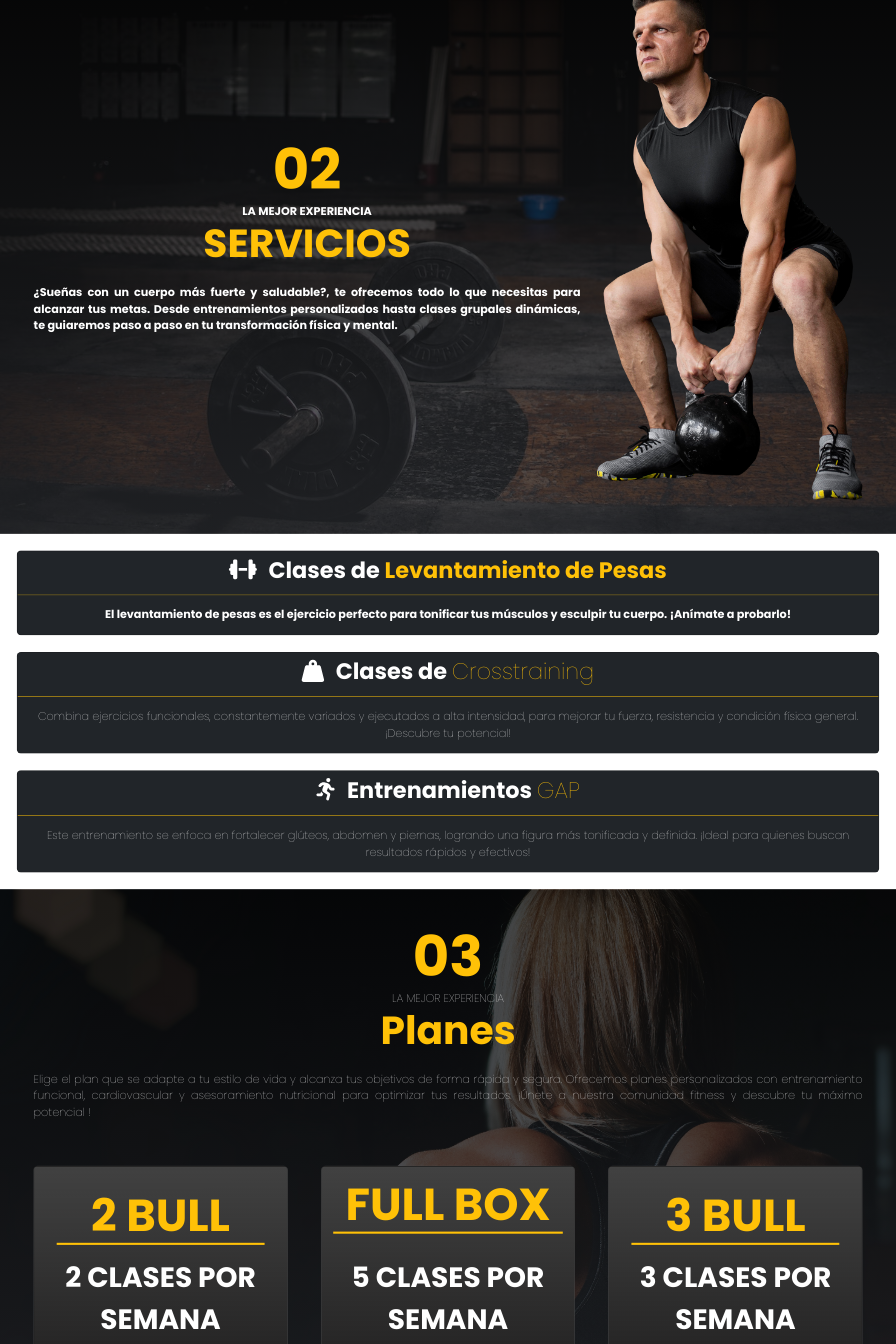
Repository: enjeru13/BullBox
Page: / (app in BullBox/)
The author's editor kept a copy of each file at every save. The page is drawn from the files as they stood at one save, then again after the next save.
The browser window is 1280 px wide. The pictures show the part of the page from y = 1819 to 3739 px (the page is 4177 px tall), at 70% of full size.
The project was rebuilt for these pictures with package versions that can differ from the ones it lists, and the page was loaded fresh each time. Also part of the build but not shown: BullBox/vite.config.js, BullBox/src/pages/Registro.jsx, BullBox/src/pages/Login.jsx, BullBox/src/pages/Perfil.jsx, BullBox/src/pages/Tienda.jsx, BullBox/ProtectedRoute.jsx.

Above is the page before, as saved 2024-10-28 12:21:01.

### BullBox/index.html
<!doctype html>
<html lang="en">
  <head>
    <meta charset="UTF-8" />
    <link rel="icon" type="image/svg+xml" href="/vite.svg" />
    <link rel="preconnect" href="https://fonts.googleapis.com">
<link rel="preconnect" href="https://fonts.gstatic.com" crossorigin>
<link href="https://fonts.googleapis.com/css2?family=Poppins:ital,wght@0,100;0,200;0,300;0,400;0,500;0,600;0,700;0,800;0,900;1,100;1,200;1,300;1,400;1,500;1,600;1,700;1,800;1,900&family=Raleway:ital,wght@0,100;0,200;0,300;0,400;0,500;0,600;0,700;0,800;0,900;1,100;1,200;1,300;1,400;1,500;1,600;1,700;1,800;1,900&display=swap" rel="stylesheet">
    <meta name="viewport" content="width=device-width, initial-scale=1.0" />
    <title>Bull Box</title>
  </head>
  <body>
    <div id="root"></div>
    <script type="module" src="/src/main.jsx"></script>
    <script
    src="https://cdn.jsdelivr.net/npm/bootstrap@5.0.2/dist/js/bootstrap.bundle.min.js"
    integrity="sha384-MrcW6ZMFYlzcLA8Nl+NtUVF0sA7MsXsP1UyJoMp4YLEuNSfAP+JcXn/tWtIaxVXM"
    crossorigin="anonymous"
  ></script>
</html>

### BullBox/src/App.jsx
import { BrowserRouter, Routes, Route } from 'react-router-dom'
import { AuthProvider } from './context/AuthContext'
import Header from './components/Header'
import Inicio from './pages/Inicio'
import Registro from './pages/Registro'
import Login from './pages/Login'
import Perfil from './pages/Perfil'
import Tienda from './pages/Tienda'
import ProtectedRoute from '../ProtectedRoute'
import Footer from './components/Footer'

function App() {
  return (
    <AuthProvider>
      <BrowserRouter>
        <Header/>
        <Routes>
          <Route path='/' element={<Inicio />} />

          <Route path='/register' element={<Registro />} />

          <Route path='/login' element={<Login />} />

          <Route path='/tienda' element={<Tienda />} />

          <Route element={<ProtectedRoute/>}>
            <Route path='/profile' element={<Perfil />} />
          </Route>

        </Routes>
        <Footer/>
      </BrowserRouter>
    </AuthProvider>
  )
}

export default App

### BullBox/src/index.css
* {
 margin: 0;
 padding: 0;
 font-family: "Poppins", serif;
 font-optical-sizing: auto;
 font-weight: 100;
 font-style: normal;
}

/* Inicio */

.bg-image {
  background: linear-gradient(rgba(0, 0, 0, 0.717), rgba(36, 38, 42, 0.745)), url("/img/fondo.jpg");
  height: 100vh; /* 100vh = 100% de la altura de la viewport */
  width: 100vw; /* 100vw = 100% del ancho de la viewport */
  background-size: cover; /* Hace que la imagen cubra todo el espacio disponible */
  background-position: center; /* Centra la imagen */
  background-repeat: no-repeat; /* Evita que la imagen se repita */
  justify-content: center;
  align-items: center;
  display: flex;
}

/* Nosotros */

.bg {
  background-color: #dde1e9;
}

.justified-text {
  text-align: justify;
}

/* Servicios */

.bg-image-servicios {
  background: linear-gradient(rgba(0, 0, 0, 0.717), rgba(36, 38, 42, 0.745)), url("/img/fondo-servicios.jpg");
  background-size: cover; /* Hace que la imagen cubra todo el espacio disponible */
  background-position: center; /* Centra la imagen */
  background-repeat: no-repeat; /* Evita que la imagen se repita */
}

/* Planes */

.bg-image-planes {
  background: linear-gradient(rgba(0, 0, 0, 0.717), rgba(36, 38, 42, 0.745)), url("/img/fondo-planes1.jpg");
  background-size: cover; /* Hace que la imagen cubra todo el espacio disponible */
  background-position: center; /* Centra la imagen */
  background-repeat: no-repeat; /* Evita que la imagen se repita */
}

.bg-card {
  background: linear-gradient(rgba(0, 0, 0, 0.745), rgb(18, 17, 17));
}

### BullBox/src/context/AuthContext.jsx
import { createContext, useContext, useState, useEffect } from 'react'
import { registerRequest, loginRequest, verifyTokenRequest } from '../api/auth'
import Cookies from 'js-cookie'

const AuthContext = createContext();

// eslint-disable-next-line react-refresh/only-export-components
export const useAuth = () => {
    const context = useContext(AuthContext)
    if (!context) {
        throw new Error('useAuth deberia estar dentro del Provider')
    }
    return context
}

// eslint-disable-next-line react/prop-types
export const AuthProvider = ({ children }) => {

    const [user, setUser] = useState(null)
    const [isAuthenticated, setIsAuthenticated] = useState(false)
    const [errors, setErrors] = useState([])
    const [loading, setLoading] = useState(true)

    const signUp = async (user) => {
        try {
            const res = await registerRequest(user)
            console.log(res.data)
            setUser(res.data)
            setIsAuthenticated(true)
        } catch (error) {
            console.log(error.response)
            setErrors(error.response.data)
        }
    }

    const signIn = async (user) => {
        try {
            const res = await loginRequest(user)
            console.log(res.data)
            setUser(res.data)
            setIsAuthenticated(true)
        } catch (error) {
            if (Array.isArray(error.response.data)) {
                return setErrors(error.response.data)
            }
            setErrors([error.response.data.message])
        }
    }

    const logOut = () => {
        Cookies.remove('token')
        setIsAuthenticated(false)
        setUser(null)
    }

    // timer de las alertas de errores

    useEffect(() => {
        if (errors.length > 0) {
            const timer = setTimeout(() => {
                setErrors([])
            }, 3000);
            return () => clearTimeout(timer)
        }
    }, [errors])

    useEffect(() => {
        async function checkLogin() {
            const cookies = Cookies.get()

            if (!cookies.token) {
                setIsAuthenticated(false)
                setLoading(false)
                return setUser(null)
            }
            try {
                const res = await verifyTokenRequest(cookies.token)
                if (!res.data) {
                    setIsAuthenticated(false)
                    setLoading(false)
                    return
                }

                setIsAuthenticated(true)
                setUser(res.data)
                setLoading(false)

            } catch (error) {
                console.log(error)
                setIsAuthenticated(false)
                setUser(null)
                setLoading(false)
            }
        }
        checkLogin()
    }, [])

    return (
        <AuthContext.Provider value={{
            signUp,
            signIn,
            logOut,
            loading,
            user,
            isAuthenticated,
            errors,
        }}>
            {children}
        </AuthContext.Provider>
    )
}

export default AuthContext

### BullBox/src/components/Header.jsx
import { Link } from "react-router-dom"
import { useAuth } from '../context/AuthContext'

function Header() {

    const { isAuthenticated, logOut, user } = useAuth()

    return (
        <>
            <nav className="navbar navbar-expand-lg bg-dark border-bottom border-warning p-4 sticky-top">
                <div className="container-fluid">
                    <a className="navbar-brand text-white fs-1 " href='#'>BULL <span className="text-warning">BOX</span></a>
                    <button className="navbar-toggler border-2 border-warning" type="button" data-bs-toggle="collapse" data-bs-target="#navbarNav" aria-controls="navbarNav" aria-expanded="false" aria-label="Toggle navigation">
                        <span className="navbar-toggler-icon"></span>
                    </button>
                    <div className="collapse navbar-collapse " id="navbarNav">
                        <ul className="navbar-nav ms-auto justify-content-center align-items-center">
                            <li className="nav-item">
                                <Link className="nav-link text-white fs-4 active mx-3" aria-current="page" to="/">Inicio</Link>
                            </li>
                            <li className="nav-item">
                                <Link className="nav-link text-white fs-4 mx-3" to="/tienda">Tienda</Link>
                            </li>
                            {isAuthenticated ? (
                                <>
                                    <li className="nav-item">
                                        <Link className="nav-link text-white fs-4 mx-3" to='/profile'>Tu perfil {user.username} </Link>
                                    </li>
                                    <li className="nav-item ">
                                        <Link className="nav-link text-white fs-4 mx-3" to='/' onClick={() => {
                                            logOut()
                                        }}>Cerrar Sesión</Link>
                                    </li>
                                </>
                            ) : (
                                <>
                                    <li className="nav-item">
                                        <Link className="nav-link text-white fs-4 mx-3" to="/login">Inicia Sesión</Link>
                                    </li>
                                </>)}
                        </ul>
                    </div >
                </div >
            </nav >
        </>
    )
}

export default Header

### BullBox/src/pages/Inicio.jsx
import { FontAwesomeIcon } from '@fortawesome/react-fontawesome';
import { faLocationPin, faDumbbell, faPersonRunning, faWeightHanging } from '@fortawesome/free-solid-svg-icons';
import nosotros from '/img/nosotros.png'
import servicios from '/img/servicios.png'
import QRvzla from '/img/QRvzla.jpg'
import Mapa from '../components/Mapa'

function Inicio() {
    return (
        <>
            {/* Inicio */}

            <section className="bg-image text-center text-white fw-bold">
                <div className=''>
                    <h2 className='fw-bold display-4'>HAZ QUE <span className='text-warning'>OCURRA</span></h2>
                    <h5 className=''>Triunfar es mas facil de lo que piensas !</h5>
                    <hr className='text-warning' />
                    <h2 className='fw-bold display-4'>ENTRENA <span className='text-warning'>GRATIS HOY ! </span> </h2>
                    <h5 className=''>Primera Clase Gratis !</h5>
                </div>
            </section>

            {/* Nosotros */}

            <section className='container fw-bold p-5'>
                <div className='row justify-content-center align-items-center'>
                    <div className='col-md-4'>
                        <img className='img-fluid' src={nosotros} />
                    </div>
                    <div className='col-md-8 my-4 text-center'>
                        <div className='text-warning fw-bold display-1'>
                            01
                        </div>
                        <span className='fw-bold'>LA MEJOR EXPERIENCIA</span>
                        <h1 className='text-warning fw-bold display-4'>NOSOTROS</h1>
                        <p className='justified-text pt-3 fw-bold'> Creemos en el poder del movimiento y en el potencial ilimitado de cada persona. Nuestro equipo de expertos te guiará en cada paso del camino, diseñando planes de entrenamiento personalizados para ayudarte a alcanzar tus metas. </p>
                    </div>
                </div>
                <div >
                    <h1 className='text-center pt-3 pb-3 text-warning fw-bold'>Nuestra ubicacion</h1>
                    <Mapa />
                </div>
                <div>
                    <h3 className='text-center pt-4 fw-bold'> <FontAwesomeIcon className='text-warning me-2' icon={faLocationPin} />Barrio Obrero Calle 15 entre Carreras 21 y 22</h3>
                </div>
            </section>

            {/* Servicios */}

            <section className='bg-image-servicios fw-bold p-5 text-center text-white'>
                <div className='row justify-content-center align-items-center'>
                    <div className='col-md-8 my-4 text-center'>
                        <div className='text-warning fw-bold display-1'>
                            02
                        </div>
                        <span className='fw-bold'>LA MEJOR EXPERIENCIA</span>
                        <h2 className='text-warning fw-bold display-4'>SERVICIOS</h2>
                        <p className='justified-text pt-3 fw-bold'> ¿Sueñas con un cuerpo más fuerte y saludable?, te ofrecemos todo lo que necesitas para alcanzar tus metas. Desde entrenamientos personalizados hasta clases grupales dinámicas, te guiaremos paso a paso en tu transformación física y mental. </p>
                    </div>
                    <div className='col-md-4'>
                        <img className='img-fluid' src={servicios} />
                    </div>
                </div>
            </section>

            <div className="card text-center m-4 fw-bold bg-dark text-white">
                <div className="card-header border-warning">
                    <h2 className="text-center fw-bold"><i className='me-3'><FontAwesomeIcon icon={faDumbbell} /></i>Clases de <span className='text-warning fw-bold'>Levantamiento de Pesas</span></h2>
                </div>
                <div className="card-body">
                    <p className="card-text text-center fw-bold">El levantamiento de pesas es el ejercicio perfecto para tonificar tus músculos y esculpir tu cuerpo. ¡Anímate a probarlo!</p>
                </div>
            </div>

            <div className="card text-center m-4 fw-bold bg-dark text-white">
                <div className="card-header border-warning">
                    <h2 className=" fw-bold card-title text-center"><i className='me-3'><FontAwesomeIcon icon={faWeightHanging} /></i>Clases de <span className='text-warning'>Crosstraining</span></h2>
                </div>
                <div className="card-body">
                    <p className="card-text text-center">Combina ejercicios funcionales, constantemente variados y ejecutados a alta intensidad, para mejorar tu fuerza, resistencia y condición física general. ¡Descubre tu potencial!</p>
                </div>
            </div>

            <div className="card text-center m-4 fw-bold bg-dark text-white">
                <div className="card-header border-warning">
                    <h2 className=" fw-bold card-title text-center"><i className='me-3'><FontAwesomeIcon icon={faPersonRunning} /></i>Entrenamientos <span className='text-warning'>GAP</span></h2>
                </div>
                <div className="card-body">
                    <p className="card-text text-center ">Este entrenamiento se enfoca en fortalecer glúteos, abdomen y piernas, logrando una figura más tonificada y definida. ¡Ideal para quienes buscan resultados rápidos y efectivos!</p>
                </div>
            </div>

            {/* Planes */}

            <section className='bg-image-planes fw-bold p-5 text-center text-white'>
                <div className=''>
                    <div className='text-warning fw-bold display-1'>
                        03
                    </div>
                    <span>LA MEJOR EXPERIENCIA</span>
                    <h2 className='text-warning fw-bold display-4'>Planes</h2>
                </div>
                <p className='justified-text pt-3'>Elige el plan que se adapte a tu estilo de vida y alcanza tus objetivos de forma rápida y segura. Ofrecemos planes personalizados con entrenamiento funcional, cardiovascular y asesoramiento nutricional para optimizar tus resultados. ¡Únete a nuestra comunidad fitness y descubre tu máximo potencial ! </p>
                <div className="row row-cols-1 row-cols-md-3 g-5 pt-5">
                    <div className="col">
                        <div className="bg-card card h-100">
                            <div className="card-body">
                                <h5 className="card-title text-center text-warning display-3 fw-bold m-3 border-bottom border-3 border-warning">2 BULL</h5>
                                <p className="card-text text-center text-white fs-1 fw-bold">2 CLASES POR SEMANA</p>
                                <br />
                                <p className='text-center fs-1 text-warning fw-bold'>12$</p>
                                <p className='text-center text-white fs-1 fw-bold'>MENSUAL</p>
                            </div>
                        </div>
                    </div>
                    <div className="col">
                        <div className="bg-card card h-100">
                            <div className="card-body">
                                <h5 className="card-title text-center text-warning display-3 fw-bold border-bottom border-3 border-warning">FULL BOX</h5>
                                <br />
                                <p className="card-text text-center text-white fs-1 fw-bold ">5 CLASES POR SEMANA</p>
                                <br />
                                <p className='text-center fs-1 text-warning fw-bold'>20$</p>
                                <p className='text-center text-white fs-1 fw-bold'>MENSUAL</p>
                            </div>
                        </div>
                    </div>
                    <div className="col">
                        <div className="bg-card card h-100">
                            <div className="card-body">
                                <h5 className="card-title text-center text-warning display-3 fw-bold m-3 border-bottom border-3 border-warning">3 BULL</h5>
                                <p className="card-text text-center text-white fs-1 fw-bold">3 CLASES POR SEMANA</p>
                                <br />
                                <p className='text-center fs-1 text-warning fw-bold'>15$</p>
                                <p className='text-center text-white fs-1 fw-bold'>MENSUAL</p>
                            </div>
                        </div>
                    </div>
                    <div className='container-fluid h-100 d-flex flex-column justify-content-center align-items-center pt-5'>
                        <button type="button" className="btn btn-warning fw-bold fs-4" data-bs-toggle="modal" data-bs-target="#staticBackdrop">
                            Metodos de Pago
                        </button>
                    </div>
                    <div className="modal fade" id="staticBackdrop" data-bs-backdrop="static" data-bs-keyboard="false" tabIndex="-1" aria-labelledby="staticBackdropLabel" aria-hidden="true">
                        <div className="modal-dialog">
                            <div className="modal-content bg-dark">
                                <div className="modal-header">
                                    <h1 className="modal-title text-warning fs-4" id="staticBackdropLabel">Métodos de Pago</h1>
                                    <button type="button" className="btn-close" data-bs-dismiss="modal" aria-label="Close"></button>
                                </div>
                                <div className="modal-dialog modal-dialog-scrollable text-warning fs-5">
                                    Utiliza el método de pago que mejor se adapte a ti!
                                </div>
                                <p className='text-warning text-center fs-5'>QR Banco de Venezuela</p>
                                <img src={QRvzla} alt="QR banco de Venezuela" />
                                <p className='text-warning text-center fs-5 pt-3'>QR Banco de Venezuela</p>
                                <img src={QRvzla} alt="" />
                                <p className='text-warning text-center fs-5'>QR Banco de Venezuela</p>
                                <img src={QRvzla} alt="" />
                            </div>
                        </div>
                    </div>
                </div>
            </section>
            {/* <Footer /> */}
        </>

    )
}

export default Inicio

### BullBox/src/components/Footer.jsx
import { FontAwesomeIcon } from '@fortawesome/react-fontawesome';
import { faWhatsapp, faFacebook, faInstagram } from '@fortawesome/free-brands-svg-icons';

function Footer() {
    return (
        <div className='d-flex flex-column align-items-center text-center bg-dark border-top border-warning container-fluid p-1'>
            <h5 className='text-white'>2024 - BULL <span className='text-warning'>BOX</span> Todos los Derechos Reservados</h5>
            <div className="d-flex justify-content-center">
                <div className="nav-item">
                    <a className="nav-link text-white fs-2" href="#"><FontAwesomeIcon icon={faWhatsapp} /></a>
                </div>
                <div className="nav-item">
                    <a className="nav-link text-white fs-2 ms-5" href="#"><FontAwesomeIcon icon={faFacebook} /></a>
                </div>
                <div className="nav-item">
                    <a className="nav-link text-white fs-2 ms-5" href="#"><FontAwesomeIcon icon={faInstagram} /></a>
                </div>
            </div>
        </div>
    )
}

export default Footer

### BullBox/src/components/Mapa.jsx
import { MapContainer, TileLayer, Marker, Popup } from 'react-leaflet'
import 'leaflet/dist/leaflet.css'
import './Mapa.css'


const Mapa = () => {
    return (

        <div className='container-fluid'>
            <MapContainer center={{ lat: '7.7819182', lng: '-72.2228125' }} zoom={16}>
                <TileLayer url='https://tile.openstreetmap.org/{z}/{x}/{y}.png'
                    attribution='&copy; <a href="http://www.openstreetmap.org/copyright">OpenStreetMap</a>' />
                <Marker position={{ lat: '7.7819182', lng: '-72.2228125' }}>
                    <Popup>
                        Ubicacion de BULL BOX
                    </Popup>
                </Marker>
            </MapContainer>
        </div>
    )
}

export default Mapa

### BullBox/src/api/axios.js
import axios from "axios";

const instance = axios.create({
    baseURL: 'http://localhost:3000/api',
    withCredentials: true
})

export default instance

### BullBox/src/components/Mapa.css
.leaflet-container {
    width: 100%;
    height: 300px;
    background: #000;
}

Loaded but not shown: BullBox/src/main.jsx (common file); BullBox/src/api/auth.js (7 lines, source omitted)

After the next save:
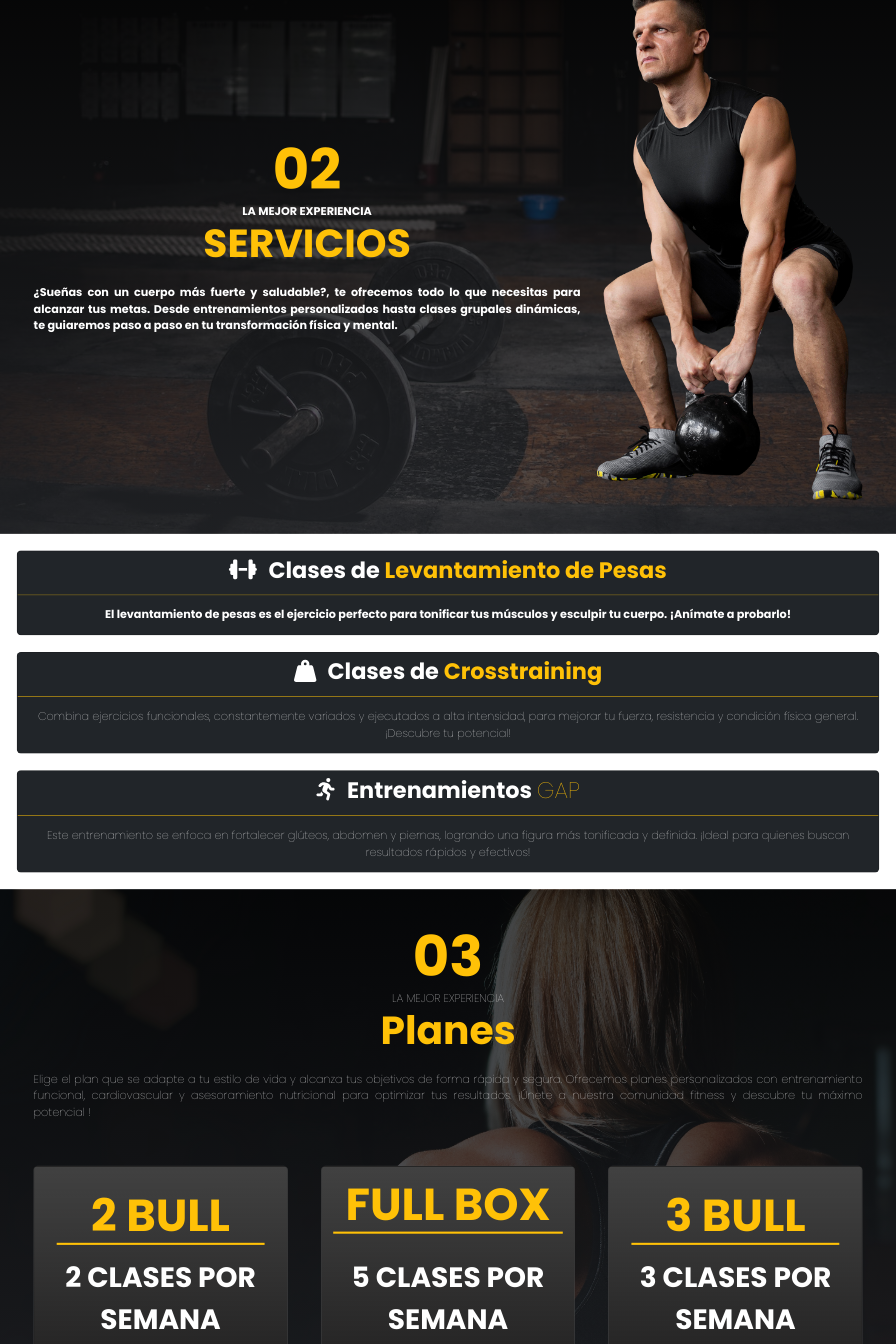
Saved 8 s later.
--- a/BullBox/src/pages/Inicio.jsx
+++ b/BullBox/src/pages/Inicio.jsx
@@ -74,7 +74,7 @@ function Inicio() {
 
             <div className="card text-center m-4 fw-bold bg-dark text-white">
                 <div className="card-header border-warning">
-                    <h2 className=" fw-bold card-title text-center"><i className='me-3'><FontAwesomeIcon icon={faWeightHanging} /></i>Clases de <span className='text-warning'>Crosstraining</span></h2>
+                    <h2 className=" fw-bold card-title text-center"><i className='me-3'><FontAwesomeIcon icon={faWeightHanging} /></i>Clases de <span className='text-warning fw-bold'>Crosstraining</span></h2>
                 </div>
                 <div className="card-body">
                     <p className="card-text text-center">Combina ejercicios funcionales, constantemente variados y ejecutados a alta intensidad, para mejorar tu fuerza, resistencia y condición física general. ¡Descubre tu potencial!</p>
